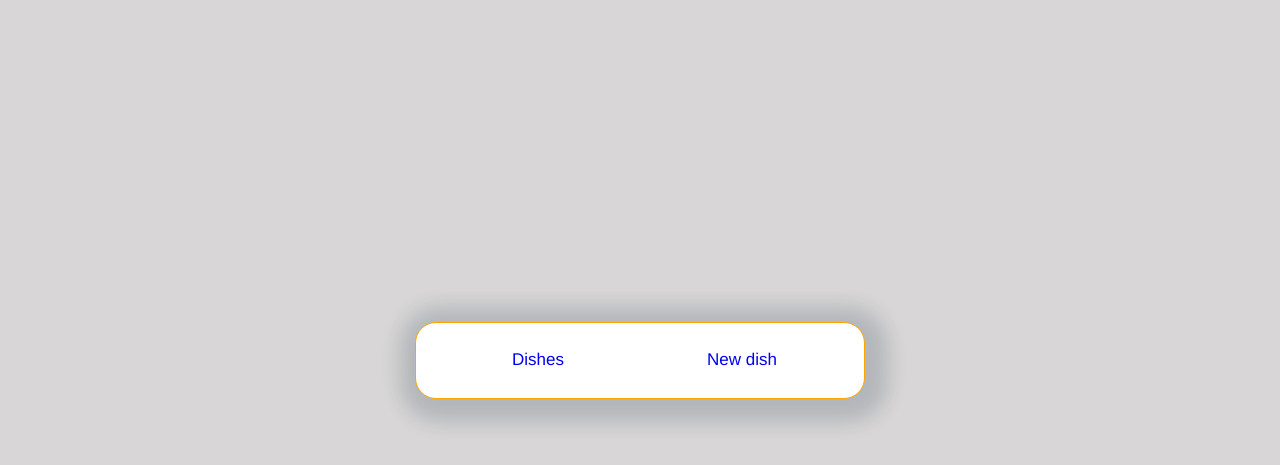
Repository: ZenLone/culinary-website
Page: / (app in frontend/)
The author's editor kept a copy of each file at every save. The page is drawn from the files as they stood at one save, then again after the next save.
The browser window is 1280 px wide. The pictures show the whole page.
The project was rebuilt for these pictures with package versions that can differ from the ones it lists, and the page was loaded fresh each time. Also part of the build but not shown: frontend/vite.config.js, frontend/src/Dishes.vue.

Above is the page before, as saved 2025-04-06 13:26:26.

After the next save:
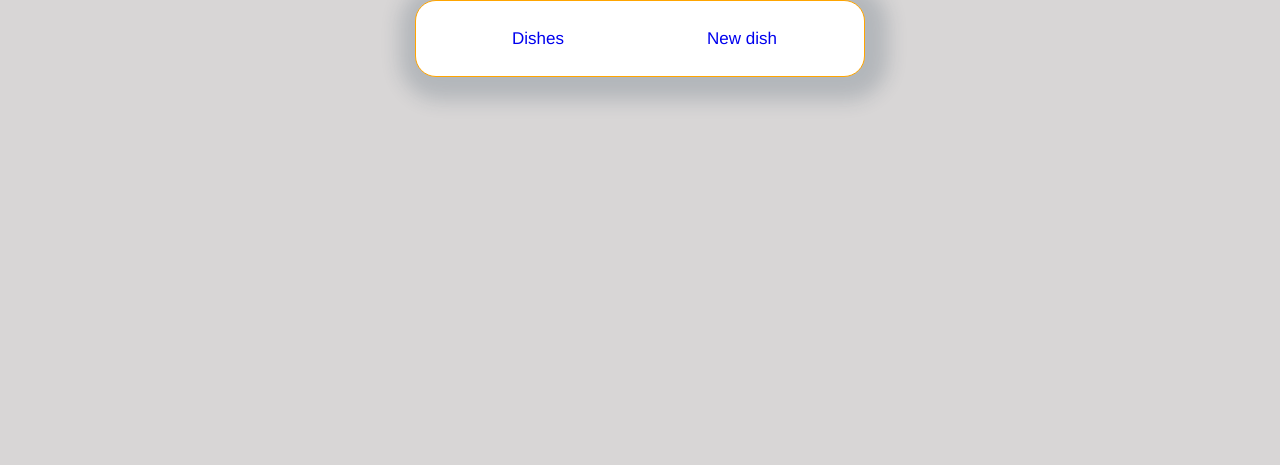
Saved 3 min 21 s later.
--- a/frontend/src/assets/main.css
+++ b/frontend/src/assets/main.css
@@ -5,7 +5,7 @@
   border:none;
 }
 body{
-  height:100vh;
+  /* height:100vh; */
   align-items: center;
   display: flex;
   justify-content: center;

After the save that followed:
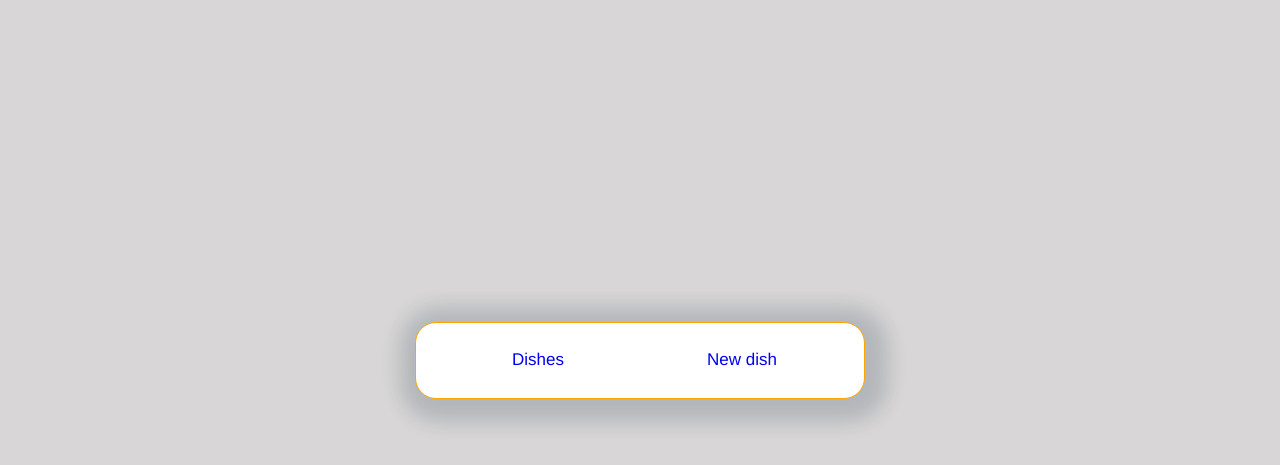
Saved 11 s later.
--- a/frontend/src/assets/main.css
+++ b/frontend/src/assets/main.css
@@ -5,7 +5,7 @@
   border:none;
 }
 body{
-  /* height:100vh; */
+  height:100vh;
   align-items: center;
   display: flex;
   justify-content: center;
